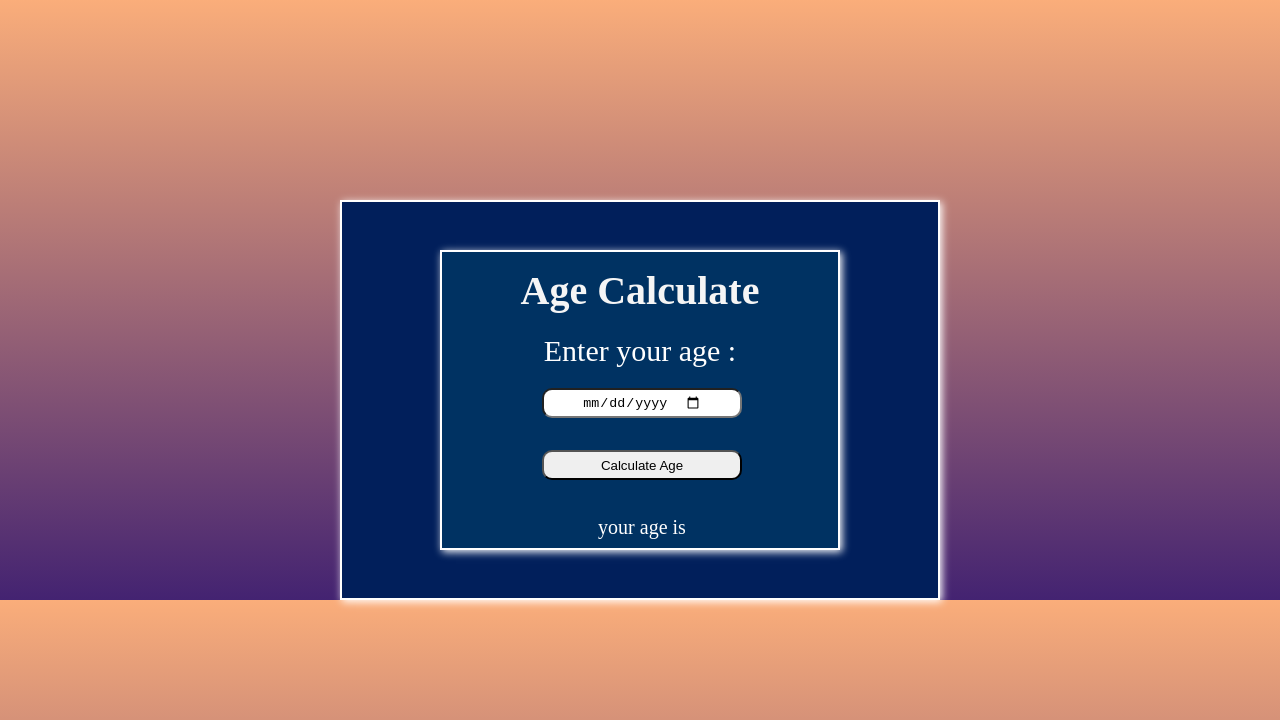
Repository: sristigupta04/basic-js-project
Page: age calculator/age.html
These files come from the project's save history. The page is drawn as it stood at one moment and after the next save; the edit follows.
The browser window is 1280 px wide. The pictures show the whole page.

Above is the page before, as saved 2025-11-07 16:02:53.

### age calculator/age.html
<!DOCTYPE html>
<html lang="en">
<head>
    <meta charset="UTF-8">
    <meta name="viewport" content="width=device-width, initial-scale=1.0">
    <title>Document</title>
    <link rel="stylesheet" href="age.css"/>
</head>
<body>
    <div class="main">
    <div class="age">
    <h1>Age Calculate</h1>

    <label for="eventDate">Enter  your age :</label>
<input type="date" id="eventDate" name="eventDate">
<button>Calculate Age</button>
<p id="realage">your age is </p></div></div>
</body>
</html>

### age calculator/age.css
*{
    padding: 0;
    margin: 0;
    box-sizing: border-box;
}
body{
    display: flex;
    justify-content: center;
    align-items: center;
    /* background: hsla(265, 53%, 29%, 1); */

background: linear-gradient(90deg, hsla(265, 53%, 29%, 1) 0%, hsla(24, 93%, 73%, 1) 100%);

background: -moz-linear-gradient(90deg, hsla(265, 53%, 29%, 1) 0%, hsla(24, 93%, 73%, 1) 100%);

background: -webkit-linear-gradient(90deg, hsla(265, 53%, 29%, 1) 0%, hsla(24, 93%, 73%, 1) 100%);


}

.main{
     display: flex;
    justify-content: center;
    align-items: center;
    border:2px solid white;
    height: 400px;
    width: 600px;
    box-shadow: 2px 2px 8px white;
    font-size: 20px;
     margin-top: 200px;
     background-color:#011F5B;

}

.age{
    background-color:#003262;
     box-shadow: 2px 2px 8px white;
    border:2px solid white;
    height:300px;
    width:400px;
}

.age h1{
     display: flex;
    justify-content: center;
    align-items: center;
    margin-top: 15px;
    color:whitesmoke;
    font-size: 200;

}

.age  label{
    color:white;
 display: flex;
 justify-content: center;
 font-size: 30px;
 margin:20px;

}
.age input{
     display: flex;
     justify-content: center;
     height: 30px;
     width: 200px;
    margin-left: 100px;
    border-radius: 10px;
}
.age button{
    display: flex;
    justify-content: center;
    align-items: center;
   height: 30px;
     width: 200px;
     margin: 2rem;;
      margin-left: 100px;
    border-radius: 10px;
}


#realage{
    display: flex;
    justify-content: center;
    align-items: center;
   height: 30px;
     width: 200px;
     margin: 2rem;;
      margin-left: 100px;
    border-radius: 10px;
    color:white;
}

After the next save:
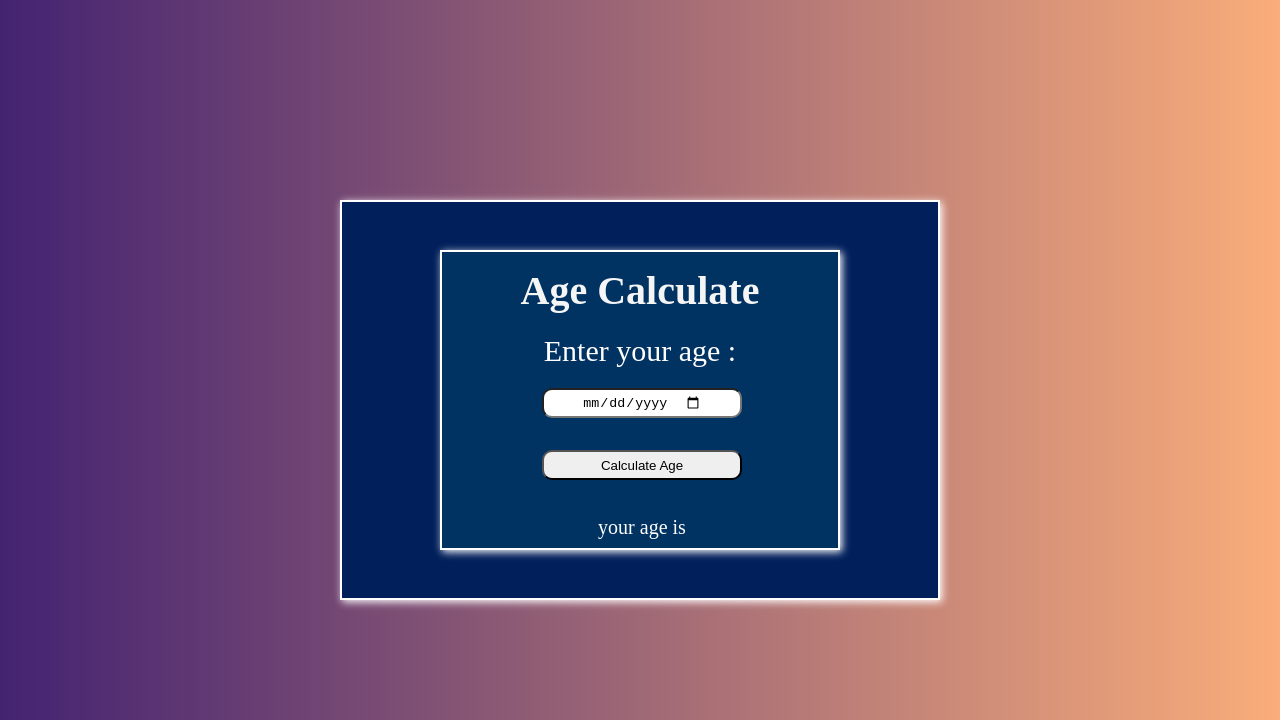
Saved 8 s later.
--- a/age calculator/age.css
+++ b/age calculator/age.css
@@ -13,7 +13,7 @@ background: linear-gradient(90deg, hsla(265, 53%, 29%, 1) 0%, hsla(24, 93%, 73%,
 
 background: -moz-linear-gradient(90deg, hsla(265, 53%, 29%, 1) 0%, hsla(24, 93%, 73%, 1) 100%);
 
-background: -webkit-linear-gradient(90deg, hsla(265, 53%, 29%, 1) 0%, hsla(24, 93%, 73%, 1) 100%);
+/* background: -webkit-linear-gradient(90deg, hsla(265, 53%, 29%, 1) 0%, hsla(24, 93%, 73%, 1) 100%); */
 
 
 }
